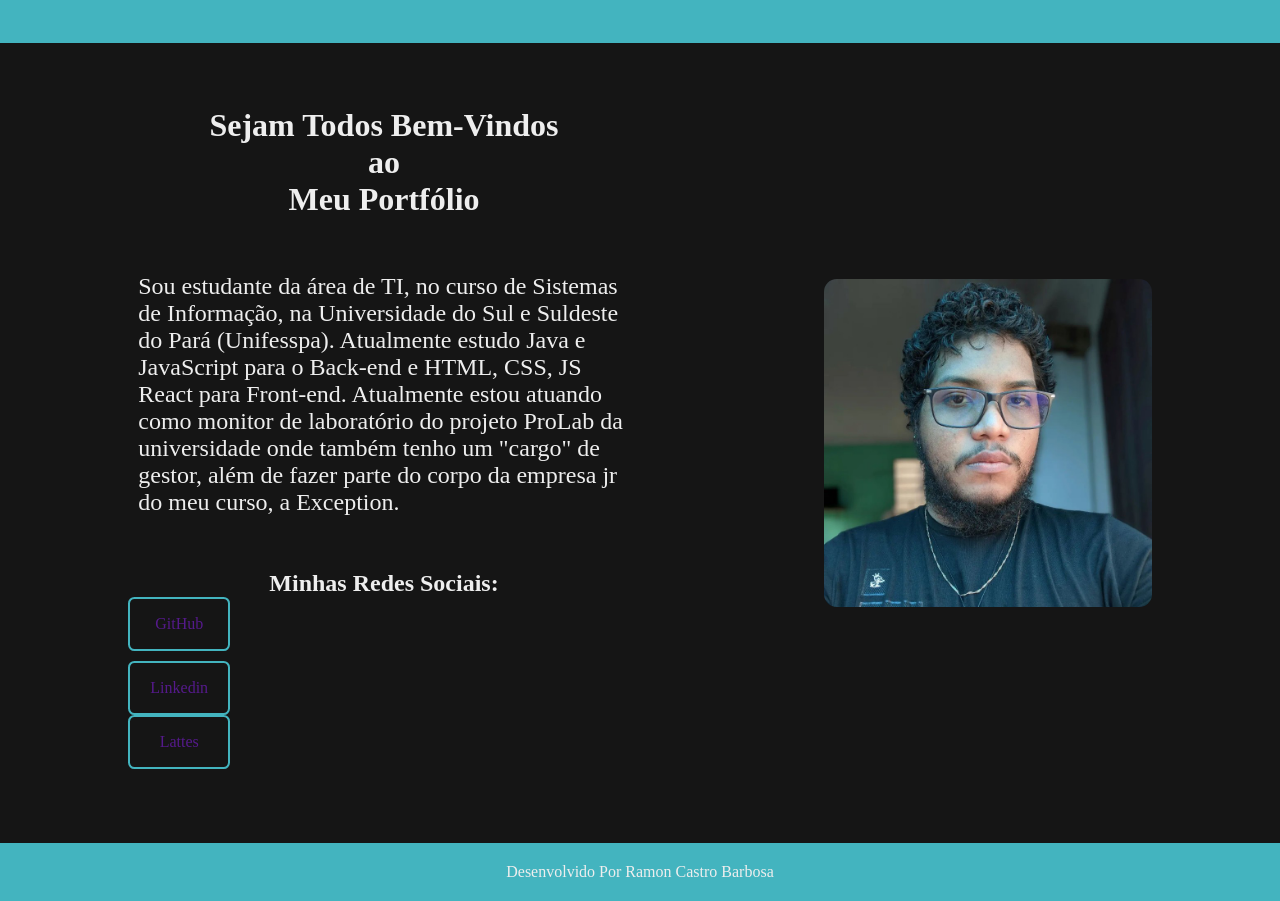
Repository: ramoncbarbosa/Web1_Atividade2
Page: index.html
An editor plug-in stored every save of this project. The page is shown before and after a run of saves, followed by the edit.
The browser window is 1280 px wide. The pictures show the whole page.

Above is the page before, as saved 2023-06-10 16:46:07.

### index.html
<!DOCTYPE html>
<html lang="en-US">
<head>
    <meta charset="UTF-8">
    <meta name="viewport" content="width=device-width, initial-scale=1.0">
    <link rel="stylesheet" href="./styles/styles.css">
    <title>Portfólio</title>
</head>
<body>
    <header class="cabecalho">
        <nav>
           <a href=""></a>
           <a href=""></a>
        </nav>
    </header>
    <section></section>
    <main class="principal">
        <section class="principal__principal">
            <h1 class="principal__titulo"><strong>Sejam Todos Bem-Vindos<br> ao<br> Meu Portfólio</strong></h1>
            <p class="principal__texto">
                Sou estudante da área de TI, no curso de Sistemas de Informação, na Universidade do Sul e Suldeste do Pará (Unifesspa). Atualmente estudo Java e JavaScript para o Back-end e HTML, CSS, JS React para Front-end.
                    Atualmente estou atuando como monitor de laboratório do projeto ProLab da universidade onde também tenho um "cargo" de gestor, além de fazer parte do corpo da empresa jr do meu curso, a Exception.
            </p>
            <div class="princiapl__links">
                <h2 class="secundario__titulo">Minhas Redes Sociais:</h2>
                <a target="_blank" id="github" href=""><img src="" alt="">GitHub</a>
                <a target="_blank" id="linkedin" href=""><img src="" alt="">Linkedin</a>
                <a target="_blank" id="lattes" href=""><img src="" alt="">Lattes</a>
            </div>
        </section>
            <img class="imagem" src="./img/perfil.jpg" alt="">
    </main>
    <footer class="rodape">
        <p class="rodape__rodape">Desenvolvido Por Ramon Castro Barbosa</p>
    </footer>
</body>
</html>

### styles/styles.css
*{
    padding: 0;
    margin: 0;
    box-sizing: border-box;
    text-decoration: none;
    gap: 0;
}

:root{
    --cor-um: #43b4bf;
    --cor-dois: #EEEEEE;
    --cor-tres: #151515;
}

body{
    width: 100%;
    height: 80vh;
    box-sizing: border-box;
    background-color: var(--cor-tres);
    color: var(--cor-dois);
}

.cabecalho{
    width: 100%;
    height: 6vh;
    padding: 2% 0 0 10%;
    gap: 5rem;
    display: flex;
    background-color: var(--cor-um);
}

.principal{
    justify-content: space-between;
    display: flex;
    align-items: center;
    padding: 5% 10%;

}

.principal__principal{
    width: 50%;
    display: flex;
    flex-direction: column;
    gap: 1.8rem;
    text-align: center;
}

.principal__titulo{
    text-align: center;
    justify-content: center;
    font-size: 32px;
}

.principal__texto{
    display: flex;
    align-items: center;
    flex-wrap: wrap;
    justify-content: space-around;
    padding: 5% 2%;
    font-size: 24px;
    text-align: left;
}

.principal__links{
    display: flex;
    flex-direction: row;
    justify-content: center;
    align-items: center;
    padding: 0;
    text-align: center;
}


#github{
    display: flex;
    align-items: center;
    justify-content: center;
    text-align: center;
    border: 2px solid var(--cor-um);
    border-radius: 0.4rem;
    width: 20%;
    text-decoration: none;
    padding: 1rem 0;
    margin-bottom: 2%;
}

#linkedin{
    display: flex;
    align-items: center;
    justify-content: center;
    text-align: center;
    border: 2px solid var(--cor-um);
    border-radius: 0.4rem;
    width: 20%;
    text-decoration: none;
    padding: 1rem 0;
}

#lattes{
    display: flex;
    align-items: center;
    justify-content: center;
    text-align: center;
    border: 2px solid var(--cor-um);
    border-radius: 0.4rem;
    width: 20%;
    text-decoration: none;
    padding: 1rem 0;
    margin-bottom: 2%;
}

.imagem{
    width: 32%;
    display: flex;
    justify-content: center;
    border-radius: 0.8rem;
}

.rodape{
    width: 100%;
    height: 8vh;
    display: flex;
    align-items: center;
    flex-wrap: wrap;
    justify-content: space-around;

    background-color: var(--cor-um);
}

.rodape__rodape{
    text-align: center;
    padding: 1.5%;
}

After the next 2 saves:
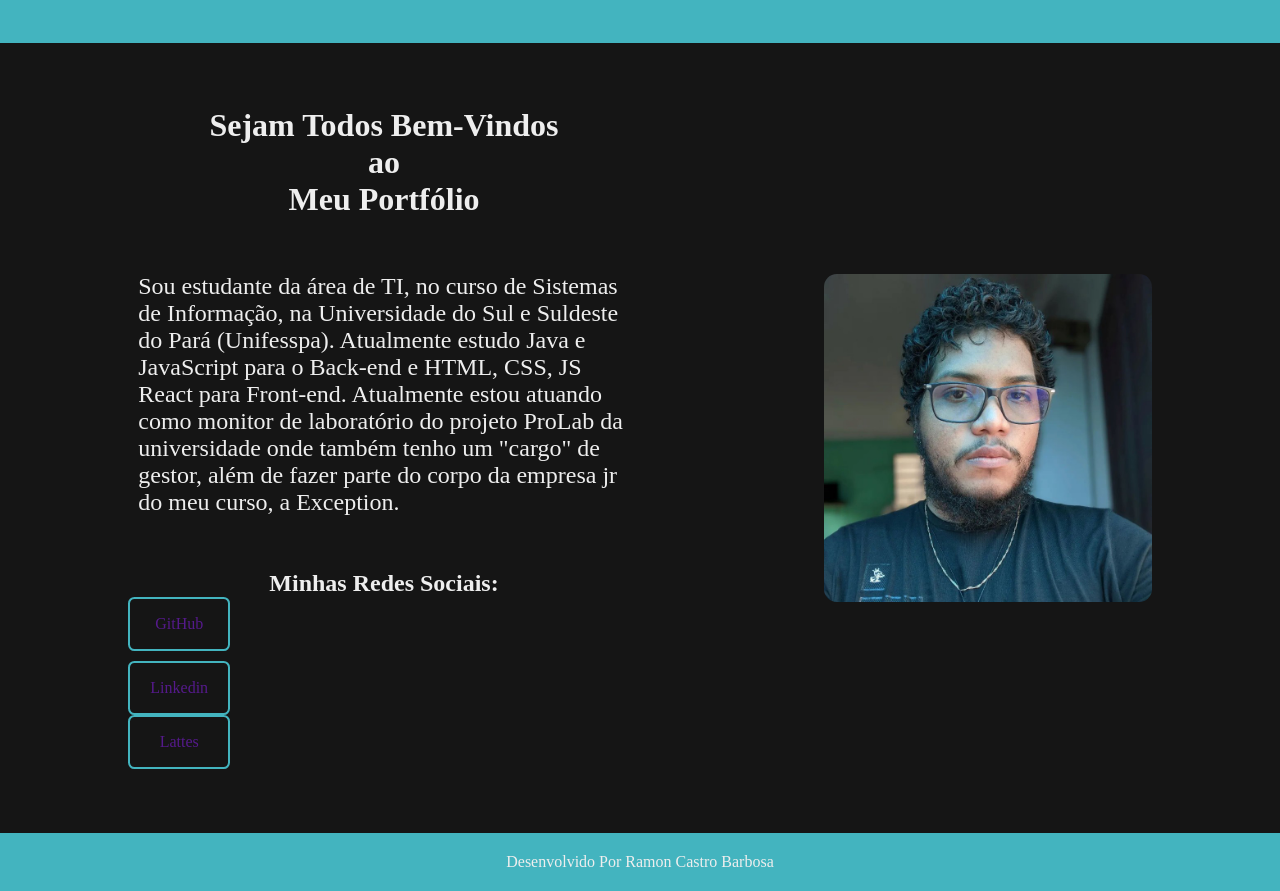
The 2 saves are shown as one change because they came seconds apart.
The last was saved 17 s later.
--- a/styles/styles.css
+++ b/styles/styles.css
@@ -94,6 +94,7 @@
     width: 20%;
     text-decoration: none;
     padding: 1rem 0;
+
 }
 
 #lattes{
@@ -106,7 +107,6 @@
     width: 20%;
     text-decoration: none;
     padding: 1rem 0;
-    margin-bottom: 2%;
 }
 
 .imagem{

After the 4 saves that followed:
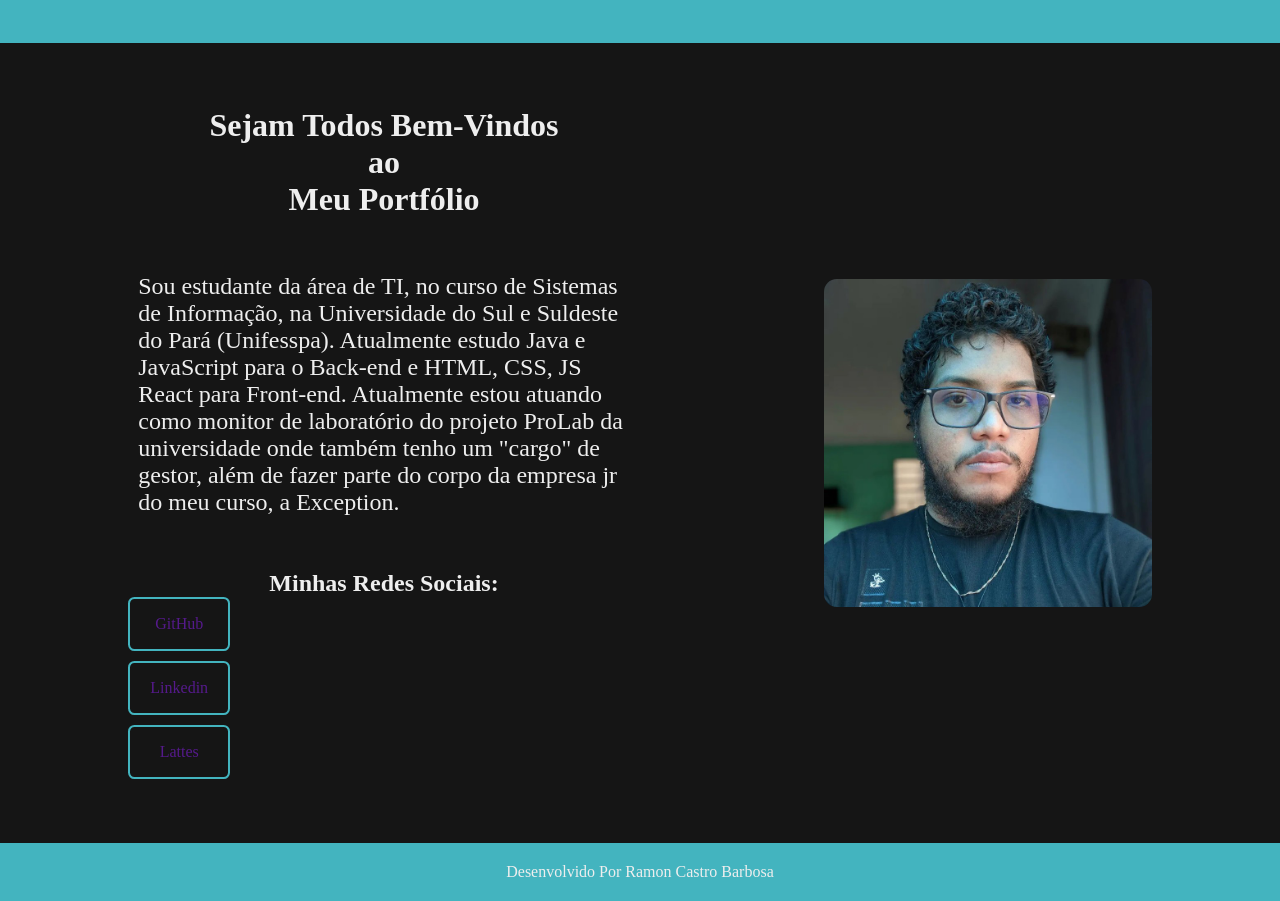
The 4 saves are shown as one change because they came seconds apart.
The last was saved 8 s later.
--- a/styles/styles.css
+++ b/styles/styles.css
@@ -94,7 +94,7 @@
     width: 20%;
     text-decoration: none;
     padding: 1rem 0;
-
+    margin-bottom: 2%;
 }
 
 #lattes{
